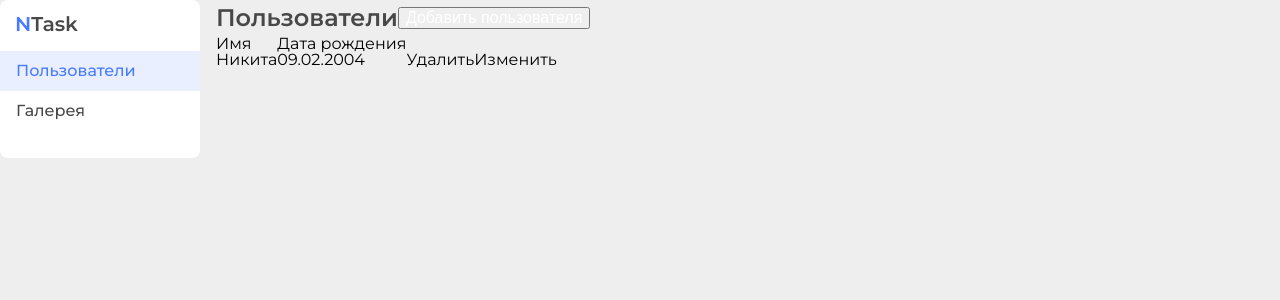
Repository: Grid-Master/NTask
Page: /
These files come from the project's save history. The page is drawn as it stood at one moment and after the next save; the edit follows.
The browser window is 1280 px wide. The pictures show the whole page.
The project was rebuilt for these pictures with package versions that can differ from the ones it lists, and the page was loaded fresh each time.

Above is the page before, as saved 2023-06-04 19:19:37.

### public/index.html
<!DOCTYPE html>
<html lang="en">
  <head>
    <meta charset="utf-8" />
    <link rel="icon" href="%PUBLIC_URL%/favicon.ico" />
    <meta name="viewport" content="width=device-width, initial-scale=1" />
    <meta name="theme-color" content="#000000" />
    <meta name="description" content="Web site created using create-react-app" />
    <link rel="apple-touch-icon" href="%PUBLIC_URL%/logo192.png" />
    <link rel="preconnect" href="https://fonts.googleapis.com" />
    <link rel="preconnect" href="https://fonts.gstatic.com" crossorigin />
    <link
      href="https://fonts.googleapis.com/css2?family=Montserrat:wght@300;400;500;600;700&display=swap"
      rel="stylesheet" />
    <link rel="manifest" href="%PUBLIC_URL%/manifest.json" />
    <title>React App</title>
  </head>
  <body>
    <noscript>You need to enable JavaScript to run this app.</noscript>
    <div id="root"></div>
  </body>
</html>

### src/index.css
html, body, div, span, applet, object, iframe,
h1, h2, h3, h4, h5, h6, p, blockquote, pre,
a, abbr, acronym, address, big, cite, code,
del, dfn, em, img, ins, kbd, q, s, samp,
small, strike, strong, sub, sup, tt, var,
b, u, i, center,
dl, dt, dd, ol, ul, li,
fieldset, form, label, legend,
table, caption, tbody, tfoot, thead, tr, th, td,
article, aside, canvas, details, embed,
figure, figcaption, footer, header, hgroup,
menu, nav, output, ruby, section, summary,
time, mark, audio, video {
	margin: 0;
	padding: 0;
	border: 0;
	font-size: 100%;
	font: inherit;
	vertical-align: baseline;
}
/* HTML5 display-role reset for older browsers */
article, aside, details, figcaption, figure,
footer, header, hgroup, menu, nav, section {
	display: block;
}
body {
	line-height: 1;
}
ol, ul {
	list-style: none;
}
blockquote, q {
	quotes: none;
}
blockquote:before, blockquote:after,
q:before, q:after {
	content: '';
	content: none;
}
table {
	border-collapse: collapse;
	border-spacing: 0;
}
body {
  margin: 0;
  font-family: Montserrat;
  background: #EEEEEE;
}

code {
  font-family: source-code-pro, Menlo, Monaco, Consolas, 'Courier New',
    monospace;
}

### src/App.tsx
import './App.css';
import Navbar from './components/navabar/Navbar';
import UserList from './components/userList/UserList';

function App() {
  return (
    <div className="App">
      <Navbar />
      <UserList />
    </div>
  );
}

export default App;

### src/App.css
.App {
  display: flex;
  align-items:start;
  gap: 16px;
}

### src/components/navabar/Navbar.tsx
import { FC } from 'react';
import './navbar.sass';
const logo = require('../../images/logo.png');

const Navbar: FC = () => {
  return (
    <div className="navbar">
      <div className="navbar__imagecontainer">
        <img src={logo} alt="logo" />
      </div>
      <div className="navbar__item navbar__active">Пользователи</div>
      <div className="navbar__item">Галерея</div>
    </div>
  );
};

export default Navbar;

### src/components/userList/UserList.tsx
import React, { FC } from 'react';
import './userList.sass';

const UserList: FC = () => {
  return (
    <div className="userList">
      <div>
        <h1 className="userList__title">Пользователи</h1>
        <button className="userList__addUserBtn">Добавить пользователя</button>
      </div>
      <table className="userList__table">
        <tr>
          <td>Имя</td>
          <td>Дата рождения</td>
          <td></td>
          <td></td>
        </tr>
        <tr>
          <td>Никита</td>
          <td>09.02.2004</td>
          <td>Удалить</td>
          <td>Изменить</td>
        </tr>
      </table>
    </div>
  );
};

export default UserList;

### src/components/navabar/navbar.sass
.navbar
    width: 200px
    height: 158px
    background: #FFFFFF
    border-radius: 8px
    &__imagecontainer
        padding: 16px 0
        margin-left: 16px
    &__item
        padding: 8px 16px
        cursor: pointer
        font-weight: 500
        font-size: 16px
        line-height: 150%
        color: #484848
    &__active
        background: #E9EFFF
        color: #477AFF

### src/components/userList/userList.sass
.userList
    >div
        width: 100%
        display: flex
        align-items: center
        justify-content: space-between
    &__title
        font-weight: 600
        font-size: 24px
        line-height: 150%
        color: #484848
    &__addUserBtn
        font-weight: 500
        font-size: 16px
        line-height: 100%
        color: #FFFFFF

Loaded but not shown: src/index.tsx (common file)

After the next save:
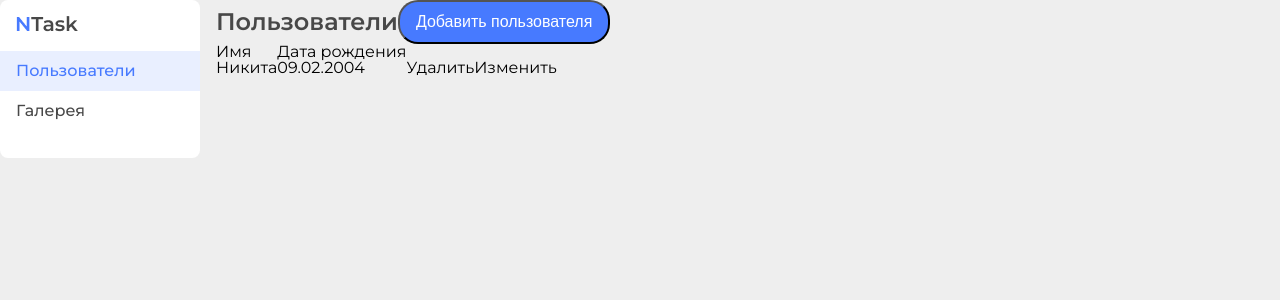
Saved 29 s later.
--- a/src/components/userList/userList.sass
+++ b/src/components/userList/userList.sass
@@ -14,3 +14,6 @@
         font-size: 16px
         line-height: 100%
         color: #FFFFFF
+        background: #477AFF
+        border-radius: 20px
+        padding: 12px 16px
